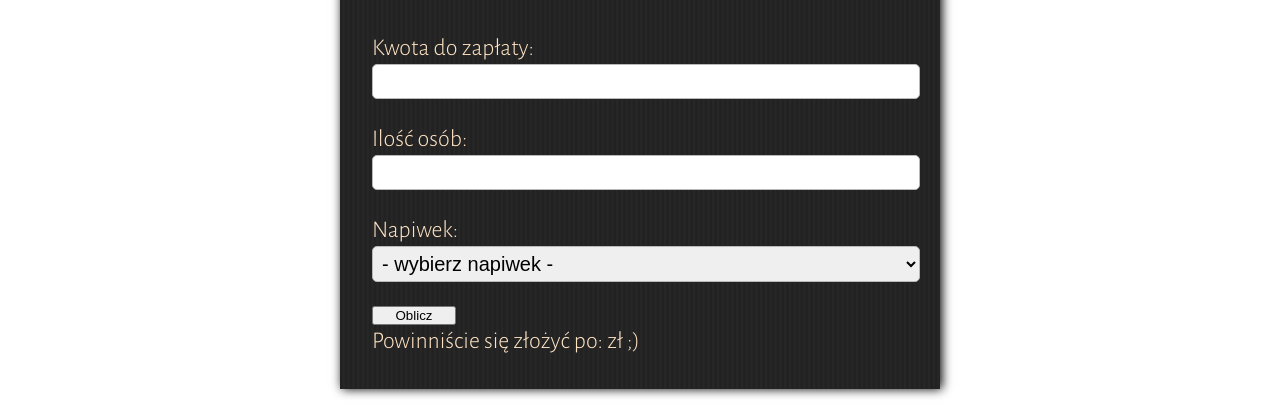
Repository: KrzysKolo/Projekt-2_Rachunek
Page: index.html
An editor plug-in stored every save of this project. The page is shown before and after the next save, followed by the edit.
The browser window is 1280 px wide. The pictures show the part of the page from y = 314 to 779 px (the page is 720 px tall before and 779 px after).
Some web fonts or font styles are not loaded; a fallback is used.

Above is the page before, as saved 2020-07-02 08:18:29.

### index.html
<!DOCTYPE html>
<html lang="en">
  <head>
    <meta charset="UTF-8" />
    <meta name="viewport" content="width=device-width, initial-scale=1.0" />
    <title>Projekt 2 - rachunki i napiwki</title>
    <link
      href="https://fonts.googleapis.com/css2?family=Alegreya+Sans:wght@100;300&family=Fontdiner+Swanky&display=swap"
      rel="stylesheet"
    />
    <link rel="stylesheet" href="./css/style.css" />
  </head>
  <body>
    <main class="wrapper">
      <div class="header">
        <h1 class="header__title">Bill - Splitter </h1>
        <h2 class="header__subtitle">Podziel się rachunkiem ze znajomymi ;)</h2>
      </div>
      <section class="articles">

        <div action="" class="article__bill">
            <div class="">
                <label for="value">Kwota do zapłaty: </label>
                <input type="number" class="article__bill--input" id="value" />
            </div>
            <div class=""">
                <label for="people">Ilość osób: </label>
                <input type="number" class="article__bill--input" id="people" />
            </div>
            <div class="">
                <label for="tip">Napiwek: </label>
                <select id="tip" class="article__bill--input">
                    <option value="0" disabled selected> - wybierz napiwek - </option>
                    <option value="0.05">5%</option>
                    <option value="0.1">10%</option>
                    <option value="0.15">15%</option>
                    <option value="0.2">20%</option>
                </select>
             </div>
            <button class="article__btn">Oblicz</button>
            <p class="article__error"></p>
            <p class="article__cost-info">Powinniście się złożyć po: <span class="article__cost"></span>zł ;)</p>
        </div>
      </section>
    </main>
  </body>
</html>

### css/style.css
*,
*::before,
*::after {
  margin: 0;
  padding: 0;
  box-sizing: inherit;
}
body {
  font-size: 16px;
  color: #000000;
  font-family: "Fontdiner Swanky", cursive;
  display: flex;
  flex-direction: column;
  align-items: center;
}
.wrapper {
  width: 600px;
  box-shadow: 2px 0 10px #000;
}
.header {
  padding: 2rem;
  position: relative;
  height: 250px;
  background-image: url("https://cdn.pixabay.com/photo/2017/06/06/22/46/mediterranean-cuisine-2378758_1280.jpg");
  background-size: cover;
  background-position: center;
  z-index: 0;
  display: flex;
  justify-content: center;
  align-items: center;
  flex-direction: column;
}
.header__title {
  color: khaki;
  text-shadow: 3px 3px 5px rgb(12, 5, 5);
  font-size: 4rem;
}
.header__subtitle {
  font-family: "Alegreya Sans", sans-serif;
  color: khaki;
  text-transform: uppercase;
}
.articles {
  background: #222 -webkit-linear-gradient(0deg, #222 50%, #272727 50%);
  background: #222 linear-gradient(90deg, #222 50%, #272727 50%);
  background-size: 0.2em 100%;

  font-family: "Alegreya Sans", sans-serif;
  color: bisque;
  display: flex;
  flex-direction: column;
  padding: 2rem;
  font-size: 1.5rem;
  line-height: 2rem;
}

.article__bill {
  display: flex;
  flex-direction: column;
}
.article__bill--input {
  margin-bottom: 1.5rem;

  font-size: 1.25rem;
  padding: 5px;
  width: 100%;
  border-radius: 5px;
  border: 1px solid rgb(185, 185, 185);
}
.article__btn {
  width: 80px;
}
/*
.rotate-hor-center {
  animation: rotate-hor-center 0.5s alternate forwards;
}
----------------------------------------------
 * Generated by Animista on 2020-7-2 6:30:31
 * Licensed under FreeBSD License.
 * See http://animista.net/license for more info.
 * w: http://animista.net, t: @cssanimista
 * ---------------------------------------------- */

/**
 * ----------------------------------------
 * animation rotate-hor-center
 * ----------------------------------------

@keyframes rotate-hor-center {
  0% {
    transform: rotateX(0);
  }
  100% {
    transform: rotateX(-360deg);
  }
}
*/
/* ----------------------------------------------
 * Generated by Animista on 2020-7-2 6:23:43
 * Licensed under FreeBSD License.
 * See http://animista.net/license for more info.
 * w: http://animista.net, t: @cssanimista
 * ---------------------------------------------- */

/**
 * ----------------------------------------
 * animation flip-scale-2-ver-left
 * ----------------------------------------

.flip-scale-2-ver-left {
  -webkit-animation: flip-scale-2-ver-left 0.5s;
  animation: flip-scale-2-ver-left 0.5s;
}
@-webkit-keyframes flip-scale-2-ver-left {
  0% {
    -webkit-transform: translateX(0) rotateY(0) scale(1);
    transform: translateX(0) rotateY(0) scale(1);
    -webkit-transform-origin: 0% 50%;
    transform-origin: 0% 50%;
  }
  50% {
    -webkit-transform: translateX(-50%) rotateY(90deg) scale(2);
    transform: translateX(-50%) rotateY(90deg) scale(2);
    -webkit-transform-origin: 50% 50%;
    transform-origin: 50% 50%;
  }
  100% {
    -webkit-transform: translateX(-100%) rotateY(180deg) scale(1);
    transform: translateX(-100%) rotateY(180deg) scale(1);
    -webkit-transform-origin: 100% 50%;
    transform-origin: 100% 50%;
  }
}
@keyframes flip-scale-2-ver-left {
  0% {
    -webkit-transform: translateX(0) rotateY(0) scale(1);
    transform: translateX(0) rotateY(0) scale(1);
    -webkit-transform-origin: 0% 50%;
    transform-origin: 0% 50%;
  }
  50% {
    -webkit-transform: translateX(-50%) rotateY(90deg) scale(2);
    transform: translateX(-50%) rotateY(90deg) scale(2);
    -webkit-transform-origin: 50% 50%;
    transform-origin: 50% 50%;
  }
  100% {
    -webkit-transform: translateX(-100%) rotateY(180deg) scale(1);
    transform: translateX(-100%) rotateY(180deg) scale(1);
    -webkit-transform-origin: 100% 50%;
    transform-origin: 100% 50%;
  }
}
*/

After the next save:
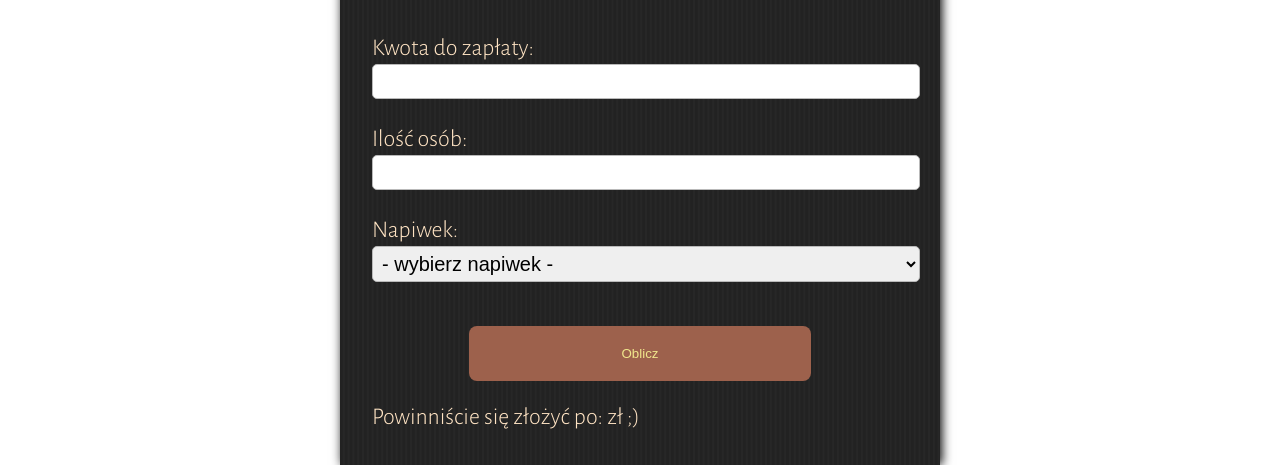
Saved 5 min 11 s later.
--- a/css/style.css
+++ b/css/style.css
@@ -68,7 +68,16 @@ body {
   border: 1px solid rgb(185, 185, 185);
 }
 .article__btn {
-  width: 80px;
+  display: block;
+  margin: 20px auto;
+  padding: 20px 10px;
+  width: 60%;
+  font-weight: 1.5rem;
+  border-radius: 8px;
+  color: khaki;
+  background-color: rgb(157, 97, 76);
+  border: none;
+  cursor: pointer;
 }
 /*
 .rotate-hor-center {
